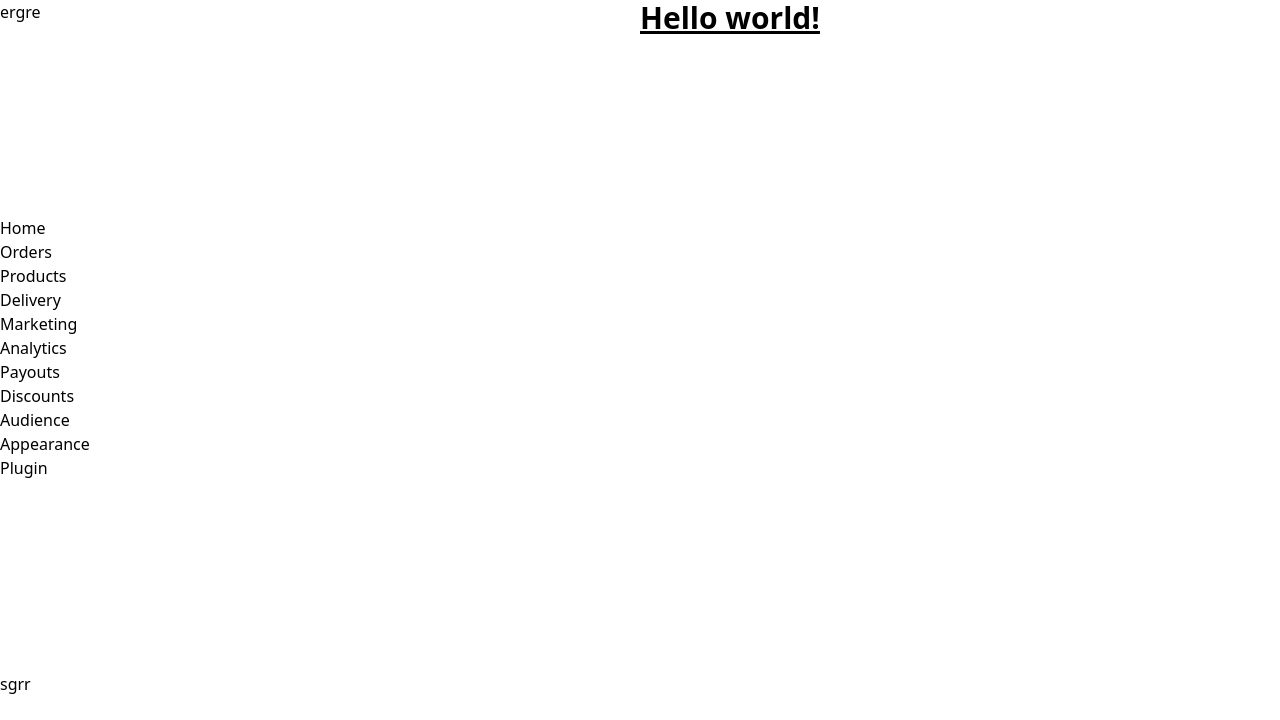
Repository: Yh010/dukaanDashboard
Page: /
The author's editor kept a copy of each file at every save. The page is drawn from the files as they stood at one save, then again after the next save.
The browser window is 1280 px wide. The pictures show the whole page.
The project was rebuilt for these pictures with package versions that can differ from the ones it lists, and the page was loaded fresh each time. Also part of the build but not shown: vite.config.js, src/App.css.

Above is the page before, as saved 2024-01-21 11:20:29.

After the next save:
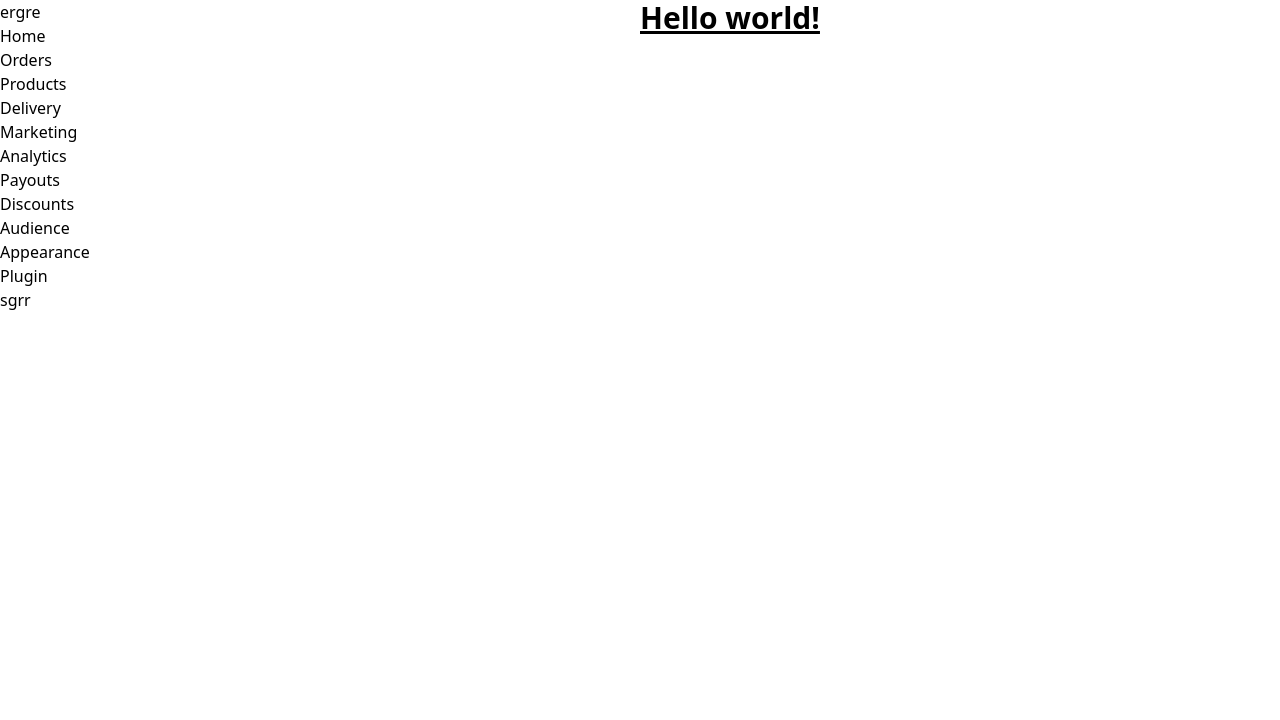
Saved 4 min 59 s later.
--- a/src/components/sidenavbar.jsx
+++ b/src/components/sidenavbar.jsx
@@ -1,33 +1,33 @@
 function SideNavBar() {
     return (
-        <div className="sidenavbar space-y-48 justify-between">
-            <div id="head">
-                ergre
-            </div>
+        <div className="sidenavbar space-y-48 ">
 
+            <div className="justify-between">
+                <div>
+                    <div id="head">
+                        ergre
+                    </div>
 
+                    <div id="items">
+                        <ul>
+                            <li>Home</li>
+                            <li>Orders</li>
+                            <li>Products</li>
+                            <li>Delivery</li>
+                            <li>Marketing</li>
+                            <li>Analytics</li>
+                            <li>Payouts</li>
+                            <li>Discounts</li>
+                            <li>Audience</li>
+                            <li>Appearance</li>
+                            <li>Plugin</li>
+                        </ul>
+                    </div>
+                </div>
 
-            <div id="items">
-                <ul>
-                    <li>Home</li>
-                    <li>Orders</li>
-                    <li>Products</li>
-                    <li>Delivery</li>
-                    <li>Marketing</li>
-                    <li>Analytics</li>
-                    <li>Payouts</li>
-                    <li>Discounts</li>
-                    <li>Audience</li>
-                    <li>Appearance</li>
-                    <li>Plugin</li>
-
-                 </ul>
-            </div>
-
-
-
-            <div id="credits">
-                sgrr
+                <div id="credits">
+                    sgrr
+                </div>
             </div>
 
         </div>
